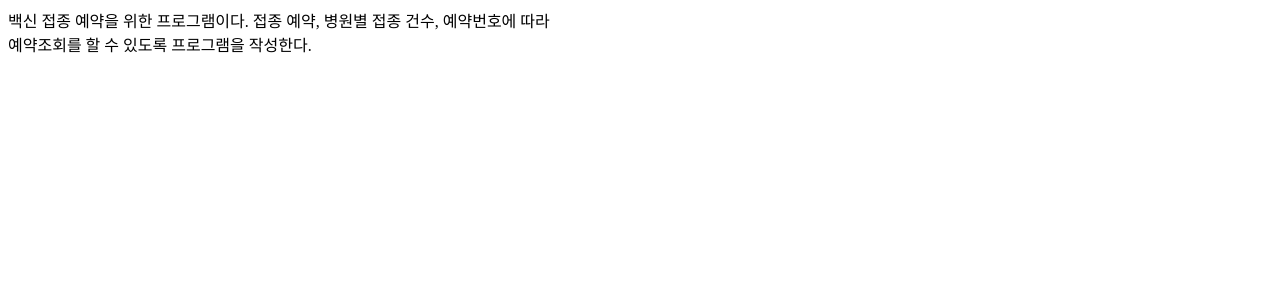
Repository: eunmiyo/gisa_2
Page: http://localhost/cdp_1234/
The author's editor kept a copy of each file at every save. The page is drawn from the files as they stood at one save, then again after the next save.
The browser window is 1280 px wide. The pictures show the whole page.
The page is served by Tomcat 9. Other server files are loaded and not shown.

Above is the page before, as saved 2022-12-23 04:36:21.

### cdp_1234/src/main/webapp/index.jsp
<%@ page language="java" contentType="text/html; charset=UTF-8"
    pageEncoding="UTF-8"%>
<!DOCTYPE html>
<html>
<head>
<meta charset="UTF-8">
<title>Insert title here</title>
</head>
<body>
	<section>
		백신 접종 예약을 위한 프로그램이다.

		접종 예약, 병원별 접종 건수, 예약번호에 따라</br>
		예약조회를 할 수 있도록 프로그램을 작성한다.
	</section>
</body>
</html>

### cdp_1234/src/main/webapp/top.jsp
<%@ page language="java" contentType="text/html; charset=UTF-8"
    pageEncoding="UTF-8"%>
<!DOCTYPE html>
<html>
<head>
<meta charset="UTF-8">
<title>Insert title here</title>
</head>
<body>
	<header>
		백신접종예약 프로그램 ver 2021
	</header>

	<nav>
		<ul>
			<li><a href="vaccine">백신접종예약</a></li>
			<li><a href="list">접종예약조회</a></li>
			<li><a href="person">접종인원통계</a></li>
			<li><a href="home">홈으로</a></li>
		</ul>
	</nav>
</body>
</html>

### cdp_1234/src/main/webapp/footer.jsp
<%@ page language="java" contentType="text/html; charset=UTF-8"
    pageEncoding="UTF-8"%>
<!DOCTYPE html>
<html>
<head>
<meta charset="UTF-8">
<title>Insert title here</title>
</head>
<body>
	<footer>
		HRDKIREA Copyright @ 2021 All rights reserved. Human Resources Development Service of Korea
	</footer>
</body>
</html>

After the next save:
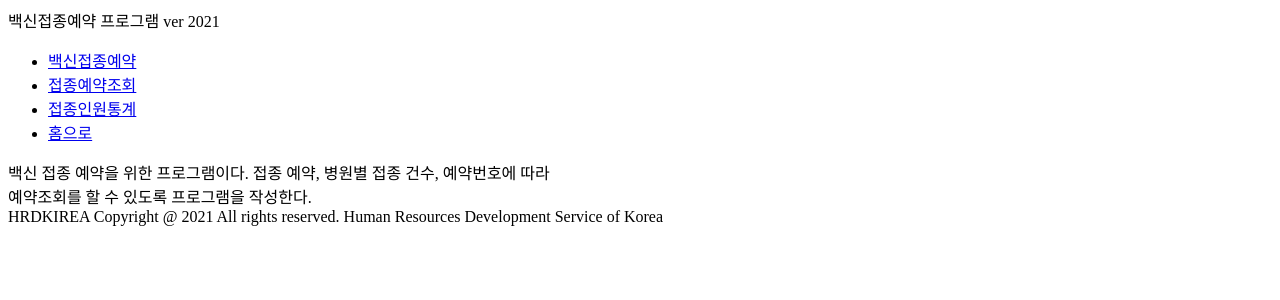
Saved 3 min 10 s later.
--- a/cdp_1234/src/main/webapp/index.jsp
+++ b/cdp_1234/src/main/webapp/index.jsp
@@ -7,11 +7,13 @@
 <title>Insert title here</title>
 </head>
 <body>
+	<%@ include file="top.jsp" %>
 	<section>
 		백신 접종 예약을 위한 프로그램이다.
 
 		접종 예약, 병원별 접종 건수, 예약번호에 따라</br>
 		예약조회를 할 수 있도록 프로그램을 작성한다.
 	</section>
+	<%@ include file="footer.jsp" %>
 </body>
 </html>
